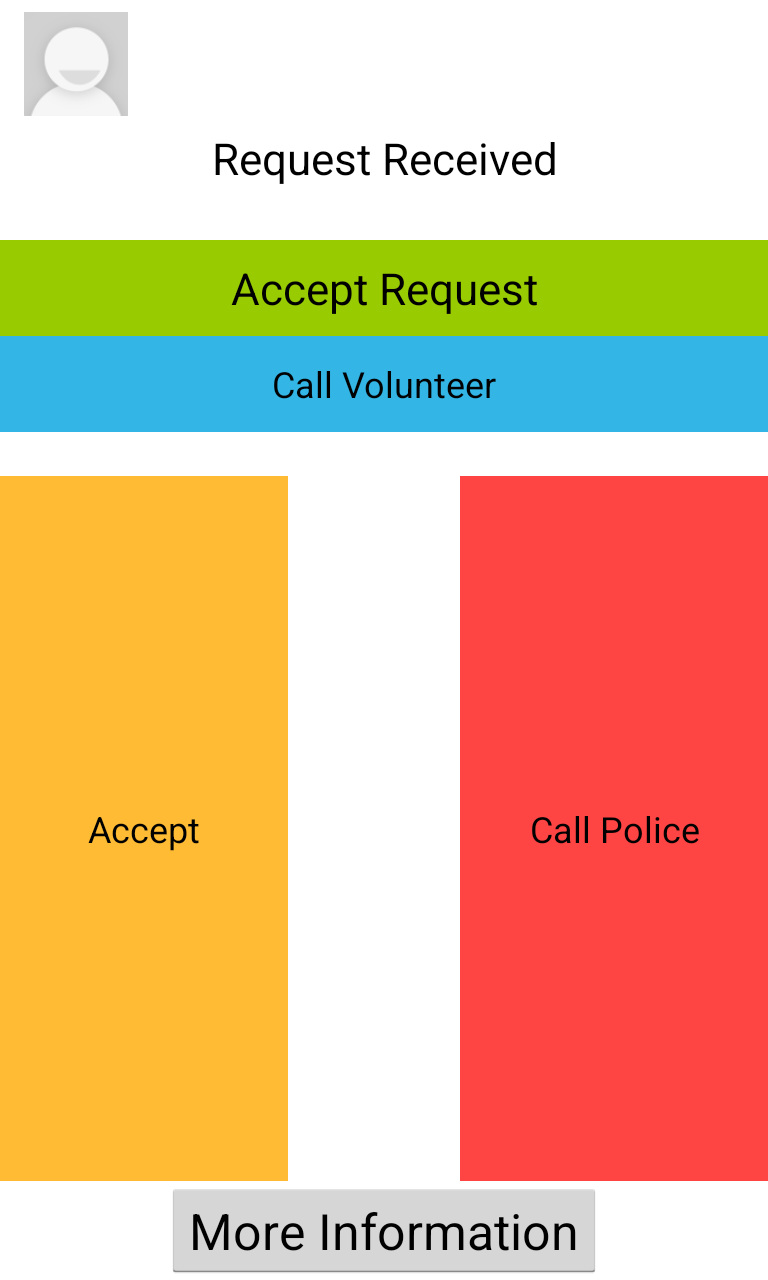
Repository: srivast6/SafeWalk
Layout: android/SafeWalk/res/layout/tryout.xml
An editor plug-in stored every save of this project. The layout is shown before and after the next save, followed by the edit.
It is drawn on a 768 x 1280 px phone screen (xhdpi) without system bars, with theme android:Theme.Holo.Light; the app's code is not run.

Above is the layout before, as saved 2013-11-20 18:34:19.

After the next save:
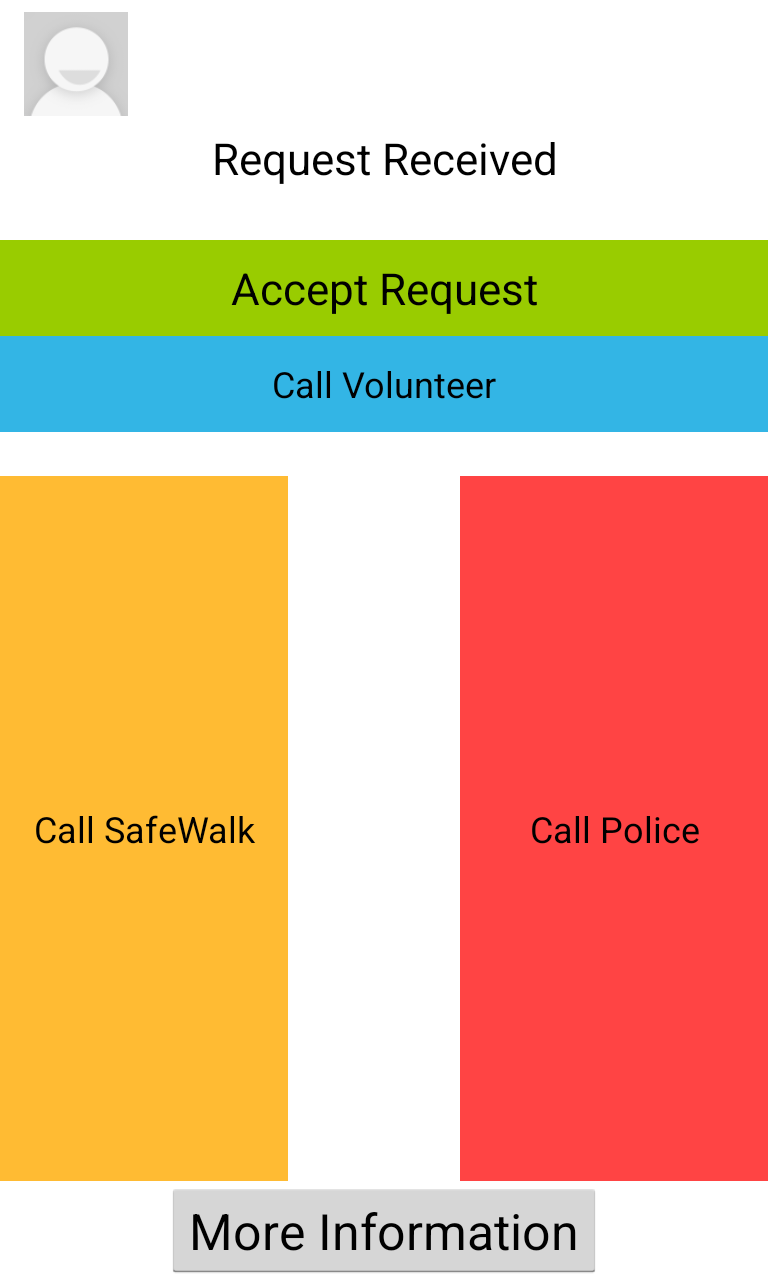
Saved 51 s later.
--- a/android/SafeWalk/res/layout/tryout.xml
+++ b/android/SafeWalk/res/layout/tryout.xml
@@ -78,7 +78,7 @@
             android:layout_above="@+id/morInfo"
             android:layout_below="@id/callButton"
             android:background="@android:color/holo_orange_light"
-            android:text="Accept" />
+            android:text="Call SafeWalk" />
 
         <Button
             android:id="@+id/btn_callPolice"
